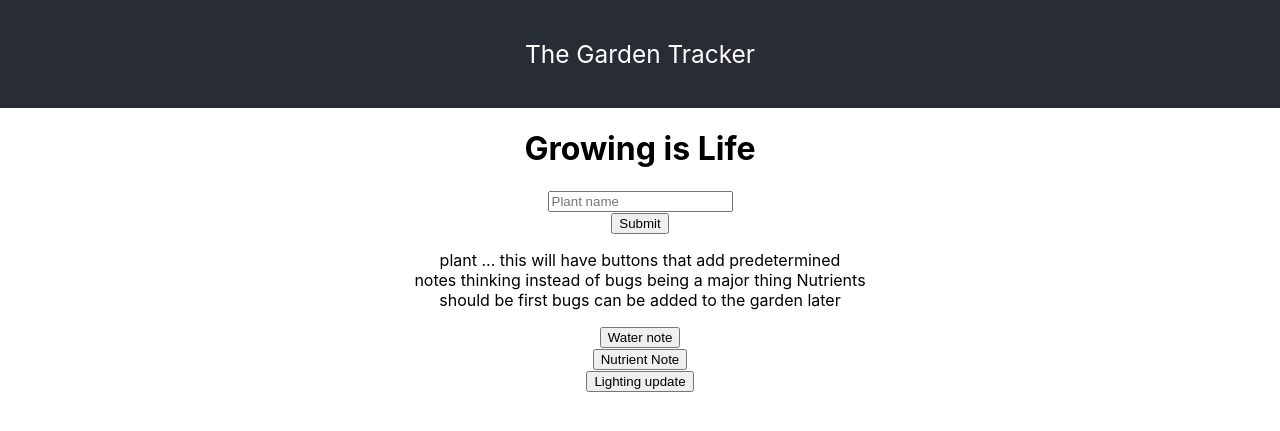
Repository: charliejp0311/gardentracker
Page: /harvest
The author's editor kept a copy of each file at every save. The page is drawn from the files as they stood at one save, then again after the next save.
The browser window is 1280 px wide. The pictures show the whole page.
The project was rebuilt for these pictures with package versions that can differ from the ones it lists, and the page was loaded fresh each time.

Above is the page before, as saved 2020-10-28 08:47:10.

### public/index.html
<!DOCTYPE html>
<html lang="en">
  <head>
    <meta charset="utf-8" />
    <link rel="icon" href="%PUBLIC_URL%/sun-svgrepo-com.svg" />
    <meta name="viewport" content="width=device-width, initial-scale=1" />
    <meta name="theme-color" content="#000000" />
    <meta
      name="description"
      content="Web site created using create-react-app"
    />
    <link rel="apple-touch-icon" href="%PUBLIC_URL%/logo192.png" />
    <!--
      manifest.json provides metadata used when your web app is installed on a
      user's mobile device or desktop. See https://developers.google.com/web/fundamentals/web-app-manifest/
    -->
    <link rel="manifest" href="%PUBLIC_URL%/manifest.json" />
    <!--
      Notice the use of %PUBLIC_URL% in the tags above.
      It will be replaced with the URL of the `public` folder during the build.
      Only files inside the `public` folder can be referenced from the HTML.

      Unlike "/favicon.ico" or "favicon.ico", "%PUBLIC_URL%/favicon.ico" will
      work correctly both with client-side routing and a non-root public URL.
      Learn how to configure a non-root public URL by running `npm run build`.
    -->
    <title>Track Your Garden</title>
  </head>
  <body>
    <noscript>You need to enable JavaScript to run this app.</noscript>
    <div id="root"></div>
    <!--
      This HTML file is a template.
      If you open it directly in the browser, you will see an empty page.

      You can add webfonts, meta tags, or analytics to this file.
      The build step will place the bundled scripts into the <body> tag.

      To begin the development, run `npm start` or `yarn start`.
      To create a production bundle, use `npm run build` or `yarn build`.
    -->
  </body>
</html>

### src/index.js
import React from 'react';
import ReactDOM from 'react-dom';
import './index.css';
import App from './App';
import reportWebVitals from './reportWebVitals';
import reducer from './reducers/index'
import { Provider } from  'react-redux';
import { applyMiddleware, createStore } from 'redux';
import thunk from 'redux-thunk';

let store = createStore(reducer,applyMiddleware(thunk))

ReactDOM.render(
  <Provider store={store}>
    <App />
  </Provider>,
  document.getElementById('root')
);

// If you want to start measuring performance in your app, pass a function
// to log results (for example: reportWebVitals(console.log))
// or send to an analytics endpoint. Learn more: https://bit.ly/CRA-vitals
reportWebVitals();

### src/App.js
import './App.css';
import CreateGarden from './components/CreateGarden'

function App() {
  return (
    <div className="App">
      <header className="App-header">
        The Garden Tracker
      </header>
        <CreateGarden />
    </div>
  );
}

export default App;

### src/reducers/index.js
import { combineReducers } from 'redux';
import garden from './GardenReducer'

export default combineReducers({
    garden
})

### src/components/CreateGarden.js
import React, {Component} from 'react';
import { connect } from 'react-redux';
import Garden from './Garden';


class CreateGarden extends Component{

    state = {
        plants: [],
        notes: [],
        nutrients: []
    }

    render(){
        return(
            <div>
                <Garden
                plants={this.state.plants}
                notes={this.state.notes}
                bugs={this.state.nutrients} />
            </div>
        )
    };
};



export default connect()(CreateGarden);

### src/reducers/GardenReducer.js
export default function garden (state = {
    plants: []
},action){
    switch (action.type) {
        case 'ADD_GARDEN':

            break;
        case 'REMOVE_GARDEN':

            break;

        default:
            return state;
    }
};

### src/components/Garden.js
import React, {Component} from 'react';
import CreatePlant from './CreatePlant';
import Plant from './Plant';
import {connect} from 'react-redux';


class Garden extends Component{

    state = {
        plants: [],
    }

    render(){
        // let allPlants = this.state.plants.map(plant=>{return(
        //     <Plant key={plant.id} plant={plant} notes={this.props.notes} nutrients={this.props.nutrients} />
        // )})
        return(
            <div className='garden-container' >
                <h1>Growing is Life</h1>
                <CreatePlant  />
                <Plant notes={this.props.notes} nutrients={this.props.nutrients}/>
                {/* {allPlants} */}
            </div>
        )
    }
}
const mapStateToProps=state=>{
    return{
        plants: state.plants,
        notes: state.notes,
        nutrients: state.nutrients
    }
}

export default connect(mapStateToProps)(Garden);

### src/components/CreatePlant.js
import React from 'react';

export default function CreatePlant(props){
    return(
        <form onSubmit={props.handleSubmit}>
            <input type='text' onChange={props.handleChange} value={props.state} placeholder='Plant name'/><br/>
            <input type='submit'/>
        </form>
    )
}

### src/components/Plant.js
import { Component } from "react";
import CreateNote from "./CreateNote";

class Plant extends Component {
    state = {
        notes: [],
        nutrients: []
    }

    render(){
        return(
            <div>
                <p>plant ... this will have buttons that add predetermined <br/>
                   notes thinking instead of bugs being a major thing Nutrients <br/>
                   should be first bugs can be added to the garden later<br/>
                </p>
                {/* all buttons need to call add note but with individual types the type will determine the action taken */}
                <CreateNote />

            </div>
        )
    }
}

export default Plant;

### src/components/CreateNote.js
import React from "react";

export default function CreateNote(params) {
    return(
        <div>
            <button>Water note</button><br/>
            <button>Nutrient Note</button><br/>
            <button>Lighting update</button><br/>
        </div>
    )
}

Loaded but not shown: src/index.css (common file); src/reportWebVitals.js (common file); src/App.css (common file)

After the next save:
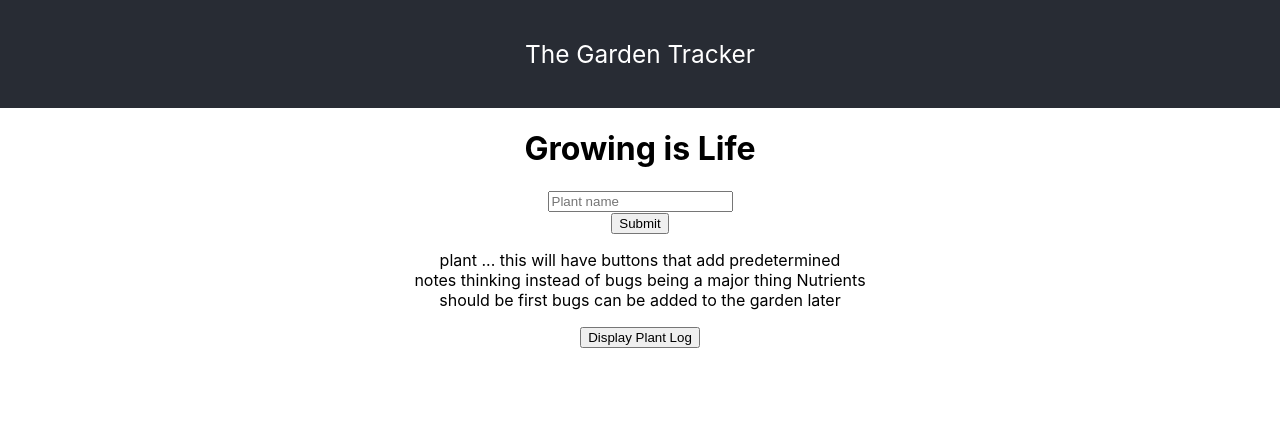
Saved 4 min 17 s later.
--- a/src/components/Plant.js
+++ b/src/components/Plant.js
@@ -15,7 +15,10 @@ class Plant extends Component {
                    should be first bugs can be added to the garden later<br/>
                 </p>
                 {/* all buttons need to call add note but with individual types the type will determine the action taken */}
-                <CreateNote />
+                {/* <CreateNote /> */}
+
+                <button>Display Plant Log</button>
+
 
             </div>
         )
